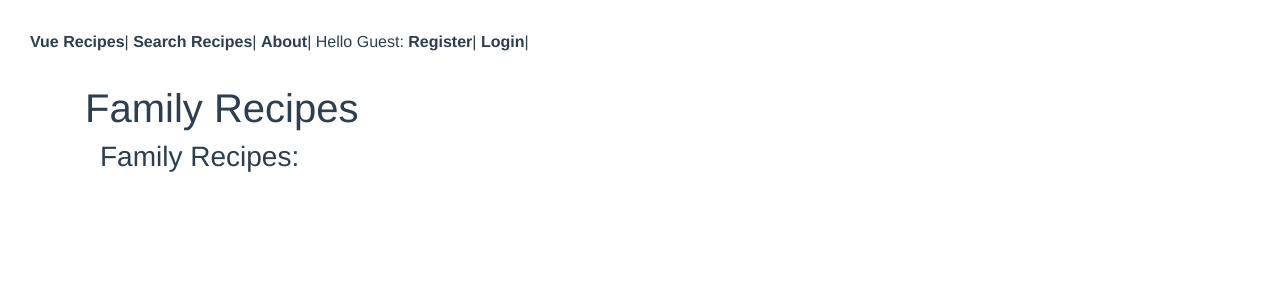
Repository: chenshor/cooking-site
Page: /#/favorite
An editor plug-in stored every save of this project. The page is shown before and after the next save, followed by the edit.
The browser window is 1280 px wide. The pictures show the whole page.
The page's requests for data from a server got no answer. The project was rebuilt for these pictures with package versions that can differ from the ones it lists, and the page was loaded fresh each time. No one was signed in, and anything a server would have sent is missing. Also part of the build but not shown: vue.config.js, src/components/RecipePreview.vue, src/components/RecipePreviewList.vue, src/components/LastSeen.vue, src/pages/MainPage.vue, src/pages/NotFoundPage.vue, src/assets/cuisine.js, src/assets/diet.js and 12 more.

Above is the page before, as saved 2020-06-17 23:29:36.

### index.html
<!DOCTYPE html>
<html lang="en">
  <head>
    <meta charset="utf-8" />
    <meta http-equiv="X-UA-Compatible" content="IE=edge" />
    <meta
      name="viewport"
      content="width=device-width,initial-scale=1.0,shrink-to-fit=no"
    />
    <link rel="icon" href="<%= BASE_URL %>favicon.ico" />
    <title><%= htmlWebpackPlugin.options.title %></title>
  </head>
  <body>
    <noscript>
      <strong
        >We're sorry but <%= htmlWebpackPlugin.options.title %> doesn't work
        properly without JavaScript enabled. Please enable it to
        continue.</strong
      >
    </noscript>
    <div id="app"></div>
    <!-- built files will be auto injected -->
  </body>
</html>

### src/main.js
import Vue from "vue";
import App from "./App.vue";
import VueAxios from "vue-axios";
import axios from "axios";
axios.defaults.withCredentials = true;

import routes from "./routes";
import VueRouter from "vue-router";
Vue.use(VueRouter);
const router = new VueRouter({
  routes,
});

import Vuelidate from "vuelidate";
import "bootstrap/dist/css/bootstrap.css";
import "bootstrap-vue/dist/bootstrap-vue.css";
import {
  FormGroupPlugin,
  FormPlugin,
  FormInputPlugin,
  ButtonPlugin,
  CardPlugin,
  NavbarPlugin,
  FormSelectPlugin,
  AlertPlugin,
  ToastPlugin,
  LayoutPlugin,
} from "bootstrap-vue";
[
  FormGroupPlugin,
  FormPlugin,
  FormInputPlugin,
  ButtonPlugin,
  CardPlugin,
  NavbarPlugin,
  FormSelectPlugin,
  AlertPlugin,
  ToastPlugin,
  LayoutPlugin,
].forEach((x) => Vue.use(x));
Vue.use(Vuelidate);

axios.interceptors.request.use(
  function(config) {
    // Do something before request is sent
    return config;
  },
  function(error) {
    // Do something with request error
    return Promise.reject(error);
  }
);

// Add a response interceptor
axios.interceptors.response.use(
  function(response) {
    // Do something with response data
    return response;
  },
  function(error) {
    // Do something with response error
    return Promise.reject(error);
  }
);

Vue.use(VueAxios, axios);

Vue.config.productionTip = false;

const shared_data = {
  username: localStorage.username,
  login(username) {
    localStorage.setItem("username", username);
    this.username = username;
    console.log("login", this.username);
  },
  logout() {
    console.log("logout");
    localStorage.removeItem("username");
    this.username = undefined;
  },
};
console.log(shared_data);
// Vue.prototype.$root.store = shared_data;

new Vue({
  router,
  data() {
    return {
      store: shared_data,
    };
  },
  methods: {
    toast(title, content, variant = null, append = false) {
      this.$bvToast.toast(`${content}`, {
        title: `${title}`,
        toaster: "b-toaster-top-center",
        variant: variant,
        solid: true,
        appendToast: append,
        autoHideDelay: 3000,
      });
    },
  },
  render: (h) => h(App),
}).$mount("#app");

### src/App.vue
<template>
  <div id="app">
    <div id="nav">
      <router-link to="/">Vue Recipes</router-link>|
      <router-link to="/search">Search Recipes</router-link>|
      <router-link to="/about">About</router-link>|
      <span v-if="!$root.store.username">
        Hello Guest:
        <router-link to="/register">Register</router-link>|
        <router-link to="/login">Login</router-link>|
      </span>
      <span v-else>
        {{ $root.store.username }}:
        <router-link to="/FamilyList">Family Recipes</router-link>|
        <router-link to="/myRecipes">My Recipes</router-link>|
        <router-link to="/favorite">My Favorite</router-link>
        <button @click="Logout">Logout</button>|
      </span>
    </div>
    <router-view />
  </div>
</template>

<script>
export default {
  name: "App",
  methods: {
    async Logout() {
      this.$root.store.logout();
      const response = await this.axios.post(
        "https://ass3-2.herokuapp.com/logout"
      );
      this.$root.toast("Logout", "User logged out successfully", "success");

      this.$router.push("/").catch(() => {
        this.$forceUpdate();
      });
    }
  }
};
</script>

<style lang="scss">
#app {
  font-family: Avenir, Helvetica, Arial, sans-serif;
  -webkit-font-smoothing: antialiased;
  -moz-osx-font-smoothing: grayscale;
  color: #2c3e50;
  min-height: 100vh;
}

#nav {
  padding: 30px;
}

#nav a {
  font-weight: bold;
  color: #2c3e50;
}

#nav a.router-link-exact-active {
  color: #42b983;
}
</style>

### src/routes.js
import Main from "./pages/MainPage";
import NotFound from "./pages/NotFoundPage";
import Search from "./pages/SearchPage";
import Recipe from "./pages/RecipePage";
import Register from "./pages/RegisterPage";
import About from "./pages/AboutPage";
import FamilyRecipes from "./pages/FamilyRecipesPage";
import MyRecipesPage from "./pages/MyRecipesPage";

const routes = [
  {
    path: "/",
    name: "main",
    component: Main,
  },
  {
    path: "/login",
    name: "login",
    component: () => import("./pages/LoginPage"),
  },
  {
    path: "*",
    name: "notFound",
    component: NotFound,
  },
  {
    path: "/search",
    name: "search",
    component: () => import("./pages/SearchPage"),
  },
  {
    path: "/recipe:recipeId",
    name: "recipe",
    component: () => import("./pages/RecipePage"),
  },
  {
    path: "/register",
    name: "register",
    component: () => import("./pages/RegisterPage"),
  },
  {
    path: "/about",
    name: "about",
    component: () => import("./pages/AboutPage"),
  },
  {
    path: "/FamilyList",
    name: "FamilyRecipes",
    component: () => import("./pages/FamilyRecipesPage"),
  },
  {
    path: "/myRecipes",
    name: "myRecipes",
    component: () => import("./pages/MyRecipesPage"),
  },
  {
    path: "/favorite",
    name: "favorite",
    component: () => import("./pages/FavoritePage"),
  },
];

export default routes;

### src/pages/FavoritePage.vue
<template>
  <div class="container">
    <h1 class="title">Family Recipes</h1>
    <FavoriteRecipesList title="Family Recipes" class="family Recipes" />
  </div>
</template>

<script>
import FavoriteRecipesList from "../components/FavoriteRecipesList";
export default {
  components: {
    FavoriteRecipesList
  }
};
</script>

<style></style>

### src/components/FavoriteRecipesList.vue
<template>
  <b-container>
    <h3>
      {{ title }}:
      <slot></slot>
    </h3>
    <b-row>
      <b-col v-for="r in recipes" :key="r.id">
        <RecipePreview class="familyPreview" :recipe="r" />
      </b-col>
    </b-row>
  </b-container>
</template>

<script>
import RecipePreview from "./RecipePreview";
export default {
  name: "FamilyList",
  components: {
    RecipePreview
  },
  props: {
    title: {
      type: String,
      required: true
    }
  },
  data() {
    return {
      recipes: []
    };
  },
  mounted() {
    this.updateRecipes();
  },
  methods: {
    async updateRecipes() {
      try {
        const response = await this.axios.get(
          "https://ass3-2.herokuapp.com/users/favoriteRecipes"
        );

        console.log(response);
        const recipes = response.data.userRecipeInfo;

        this.recipes = [];
        this.recipes.push(...recipes);
        // console.log(this.recipes);
      } catch (error) {
        console.log(error);
      }
    }
  }
};
</script>

<style lang="scss" scoped>
.container {
  min-height: 400px;
}
</style>

After the next save:
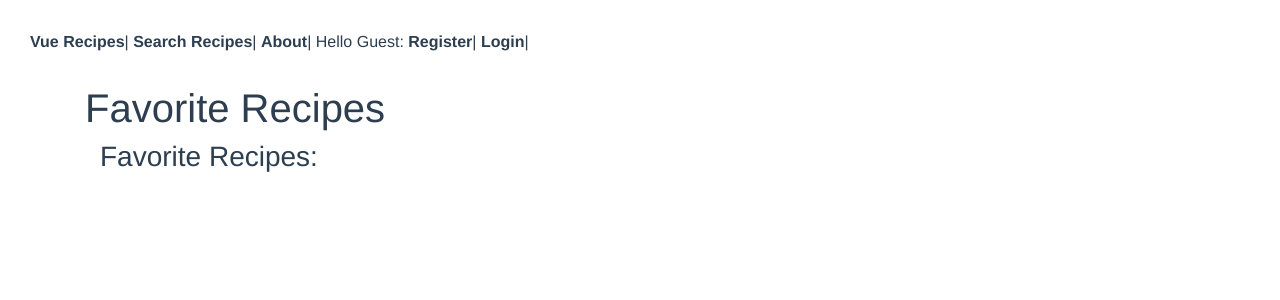
Saved 67 s later.
--- a/src/pages/FavoritePage.vue
+++ b/src/pages/FavoritePage.vue
@@ -1,7 +1,7 @@
 <template>
   <div class="container">
-    <h1 class="title">Family Recipes</h1>
-    <FavoriteRecipesList title="Family Recipes" class="family Recipes" />
+    <h1 class="title">Favorite Recipes</h1>
+    <FavoriteRecipesList title="Favorite Recipes" class="favorite Recipes" />
   </div>
 </template>
 
